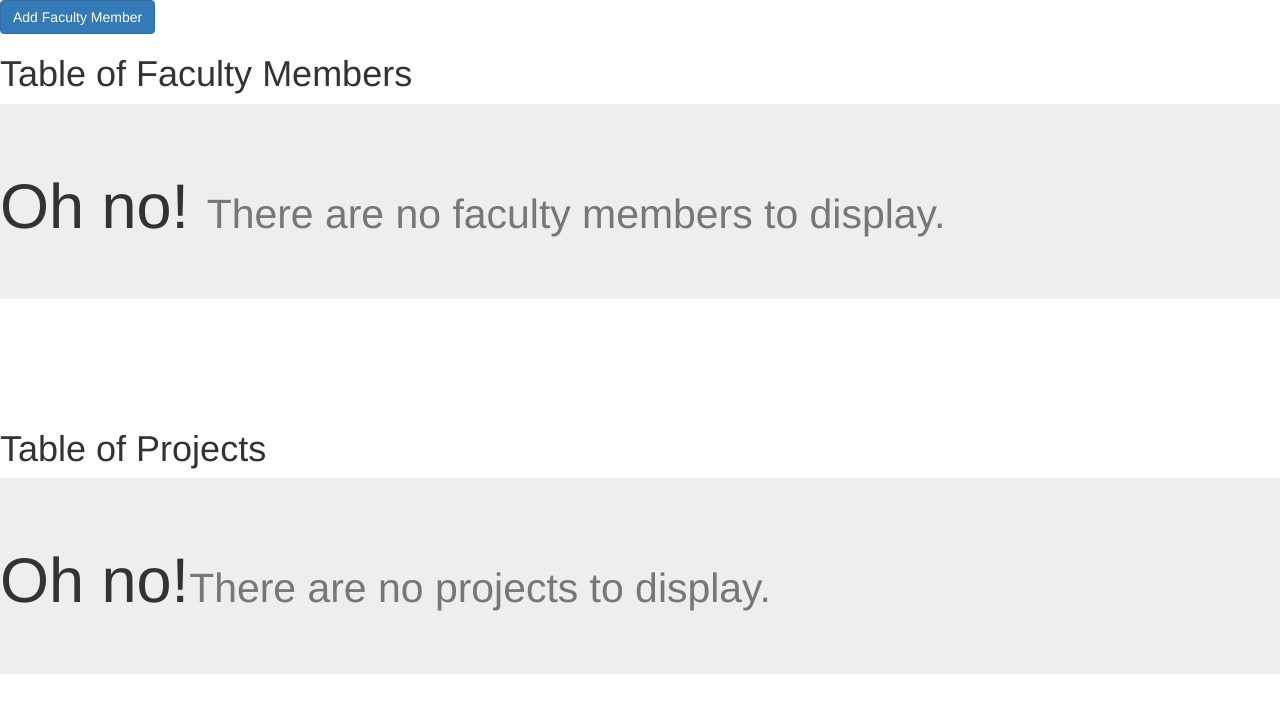
Repository: cpham19/DatabaseSite
Page: http://localhost/database/Table
The author's editor kept a copy of each file at every save. The page is drawn from the files as they stood at one save, then again after a run of saves.
The browser window is 1280 px wide. The pictures show the whole page.
The page is served by Tomcat 9. Other server files are loaded and not shown. Queries for data that is not in the repository find no rows.

Above is the page before, as saved 2017-07-30 04:45:50.

### database/src/main/webapp/Table.jsp
<%@ page language="java" contentType="text/html; charset=UTF-8" pageEncoding="UTF-8"%>
<%@ taglib prefix="c" uri="http://java.sun.com/jsp/jstl/core" %>
<%@ taglib prefix="fn" uri="http://java.sun.com/jsp/jstl/functions" %>
<!doctype html>
<html lang="en">
<head>
	<title>Faculty</title>
	<!-- Latest compiled and minified CSS -->
	<link rel="stylesheet" href="https://maxcdn.bootstrapcdn.com/bootstrap/3.3.7/css/bootstrap.min.css" integrity="sha384-BVYiiSIFeK1dGmJRAkycuHAHRg32OmUcww7on3RYdg4Va+PmSTsz/K68vbdEjh4u" crossorigin="anonymous">
</head>
<body>
	<a href="AddFaculty.jsp" class="btn btn-primary" role="button">Add Faculty Member</a>

	<h1>Table of Faculty Members</h1>
	<c:if test="${empty faculties}">
		<div class="jumbotron">
			<h1>Oh no! <small>There are no faculty members to display.</small></h1>
		</div>
	</c:if>

	<c:if test="${not empty faculties}">
		<c:forEach items="${faculties}" var="faculty">
			<div class="panel panel-default">
	 			<div class="panel-body">
					<h3>${faculty.name} (${faculty.res_spec})
					 <a href="ViewProfessorProject?name=${faculty.name}&ssn=${faculty.ssn}" class="btn btn-primary" role="button">View Projects</a><a href="DeleteFaculty?id=${faculty.id}&ssn=${faculty.ssn}" class="btn btn-danger" role="button">Delete Faculty</a>
					 <br/>
					</h3>
					<p>Gender: ${faculty.gender} | Age: ${faculty.age} | SSN : ${faculty.ssn}</p>
						<form action="AddProjectToProf" method="post">
								<input type="text" id="prof_ssn" name="prof_ssn" value="${faculty.ssn}">
								<input type="text" id="proj_num" name="proj_num" placeholder="Enter project number">
								<button type="submit" class="btn btn-success btn-block">Add Project to Professor</button>
						</form>
			    </div>
			</div>
		</c:forEach>
	</c:if>

	<br/>
	<br/>
	<br/>
	<br/>

    <h1>Table of Projects</h1>
	<c:if test="${empty projects}">
		<div class="jumbotron">
			<h1>Oh no!<small>There are no projects to display.</small></h1>
		</div>
	</c:if>

	<c:if test="${not empty projects}">
		<c:forEach items="${projects}" var="project">
 			<div class="pane panel-default">
				 <div class = "pane panel-heading"><h1>Project#${project.projectNum} ${project.sponsorName} | Start: ${project.startingDate}  End: ${project.endingDate}  <a href="DeleteProject?id=${project.projectNum}" class="btn btn-danger" role="button">Delete Project</a></h1></div>
			</div>
		</c:forEach>
	</c:if>

</body>
</html>

### database/src/main/java/Table.java
import java.io.IOException;
import java.sql.Connection;
import java.sql.DriverManager;
import java.sql.ResultSet;
import java.sql.SQLException;
import java.sql.Statement;
import java.util.ArrayList;

import javax.servlet.ServletConfig;
import javax.servlet.ServletException;
import javax.servlet.http.HttpServlet;
import javax.servlet.http.HttpServletRequest;
import javax.servlet.http.HttpServletResponse;

public class Table extends HttpServlet
{
	private static final long serialVersionUID = 1L;


	public void init(ServletConfig config) throws ServletException {
		super.init(config);

		try {
			Class.forName("org.postgresql.Driver");
		}
		catch (ClassNotFoundException e) {
			throw new ServletException(e);
		}
	}

	protected void doGet(HttpServletRequest request, HttpServletResponse response) throws ServletException, IOException
	{
		ArrayList<FacultyModel> faculties = new ArrayList<>();
		ArrayList<ProjectModel> projects = new ArrayList<>();

		Connection c = null;
        try
        {
            String url = "jdbc:postgresql://cs1.calstatela.edu:5432/cs4222s29";
            String username = "cs4222s29";
            String password = "Wh0QcrwJ";
            c = DriverManager.getConnection( url, username, password );

            Statement stmt = c.createStatement();

            ResultSet rs = stmt.executeQuery("select * from faculty");

            while (rs.next()) {

            	FacultyModel entry = new FacultyModel(rs.getInt("id"), rs.getString("ssn"), rs.getString("name"), rs.getInt("age"),
            										  rs.getString("gender"), rs.getString("rank"), rs.getString("res_spec"));

            	faculties.add(entry);
 			}

            rs = stmt.executeQuery("select * from project");

            while (rs.next()) {

            	ProjectModel entry = new ProjectModel(rs.getInt("project_num"), rs.getString("sponsor_name"), rs.getString("starting_date"), rs.getString("ending_date"));

            	projects.add(entry);
 			}
        }

        catch( SQLException e ) {

            throw new ServletException( e );

        }

        finally {

            try {

                if( c != null ) c.close();

            }

            catch( SQLException e ) {

                throw new ServletException( e );

            }

        }

        request.setAttribute("faculties", faculties);
        request.setAttribute("projects", projects);

        request.getRequestDispatcher("Table.jsp").forward(request,response);
	}


	protected void doPost(HttpServletRequest request, HttpServletResponse response) throws ServletException, IOException
	{
		doGet(request, response);
	}

}

After the next 2 saves:
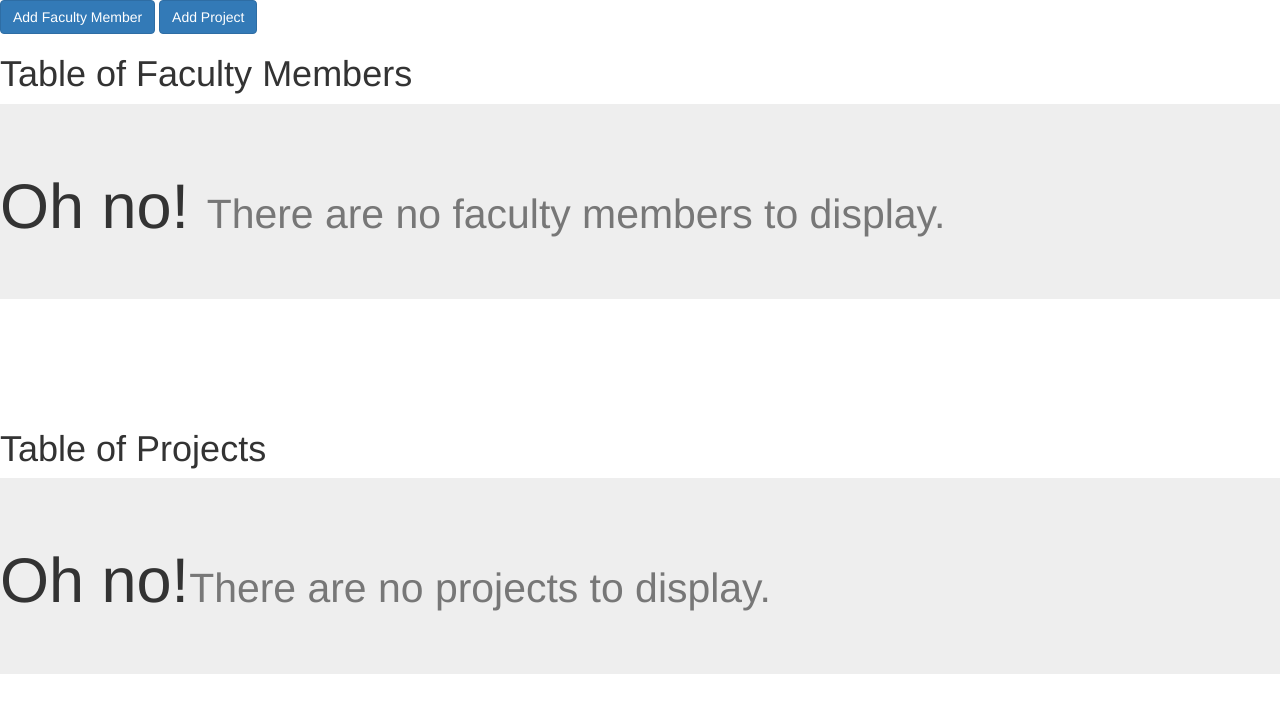
The 2 saves are shown as one change because they came seconds apart.
The last was saved 15 s later.
--- a/database/src/main/webapp/Table.jsp
+++ b/database/src/main/webapp/Table.jsp
@@ -9,7 +9,7 @@
 	<link rel="stylesheet" href="https://maxcdn.bootstrapcdn.com/bootstrap/3.3.7/css/bootstrap.min.css" integrity="sha384-BVYiiSIFeK1dGmJRAkycuHAHRg32OmUcww7on3RYdg4Va+PmSTsz/K68vbdEjh4u" crossorigin="anonymous">
 </head>
 <body>
-	<a href="AddFaculty.jsp" class="btn btn-primary" role="button">Add Faculty Member</a>
+	<a href="AddFaculty.jsp" class="btn btn-primary" role="button">Add Faculty Member</a>	<a href="AddProject.jsp" class="btn btn-primary" role="button">Add Project</a>
 
 	<h1>Table of Faculty Members</h1>
 	<c:if test="${empty faculties}">
